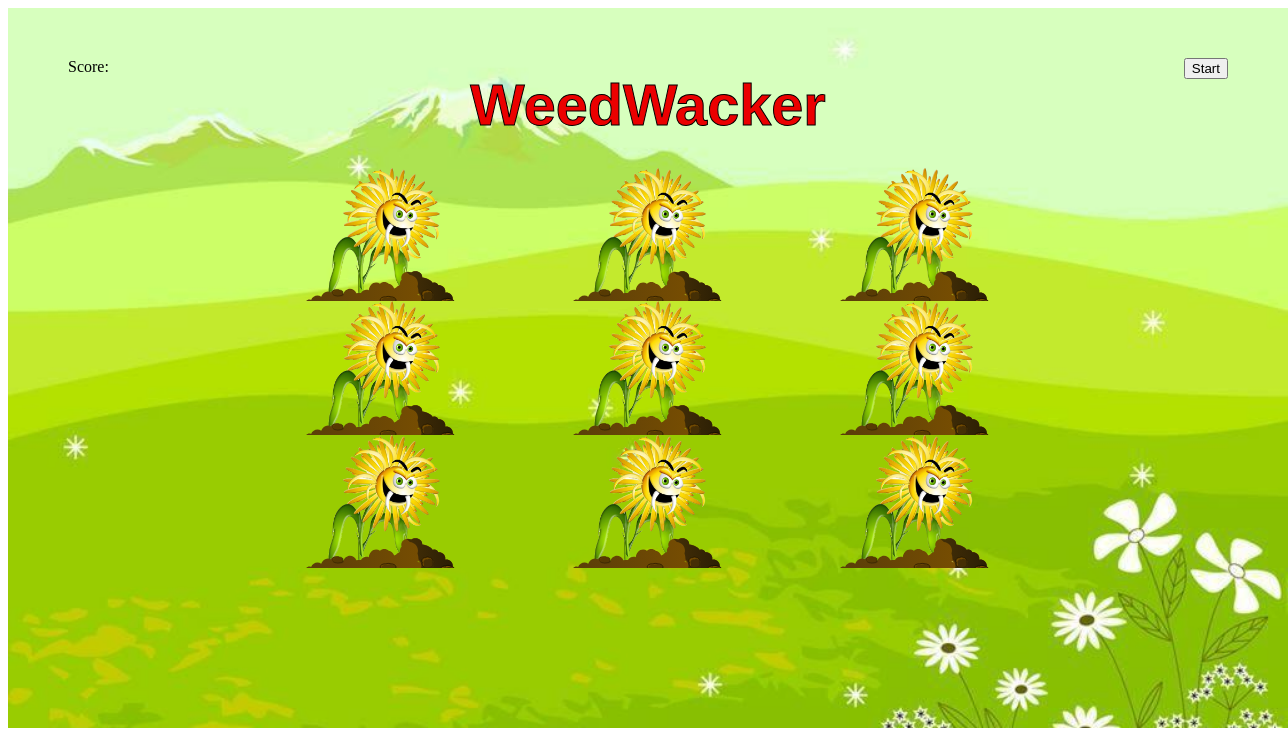
Repository: AustinW24/weedwacker
Page: index.html
These files come from the project's save history. The page is drawn as it stood at one moment and after the next save; the edit follows.
The browser window is 1280 px wide. The page is 1288 px wide, so the pictures cover 1288 px, including what lies to the right of the window. The pictures show the whole page.
Some web fonts or font styles are not loaded; a fallback is used.

Above is the page before, as saved 2022-02-09 10:28:15.

After the next save:
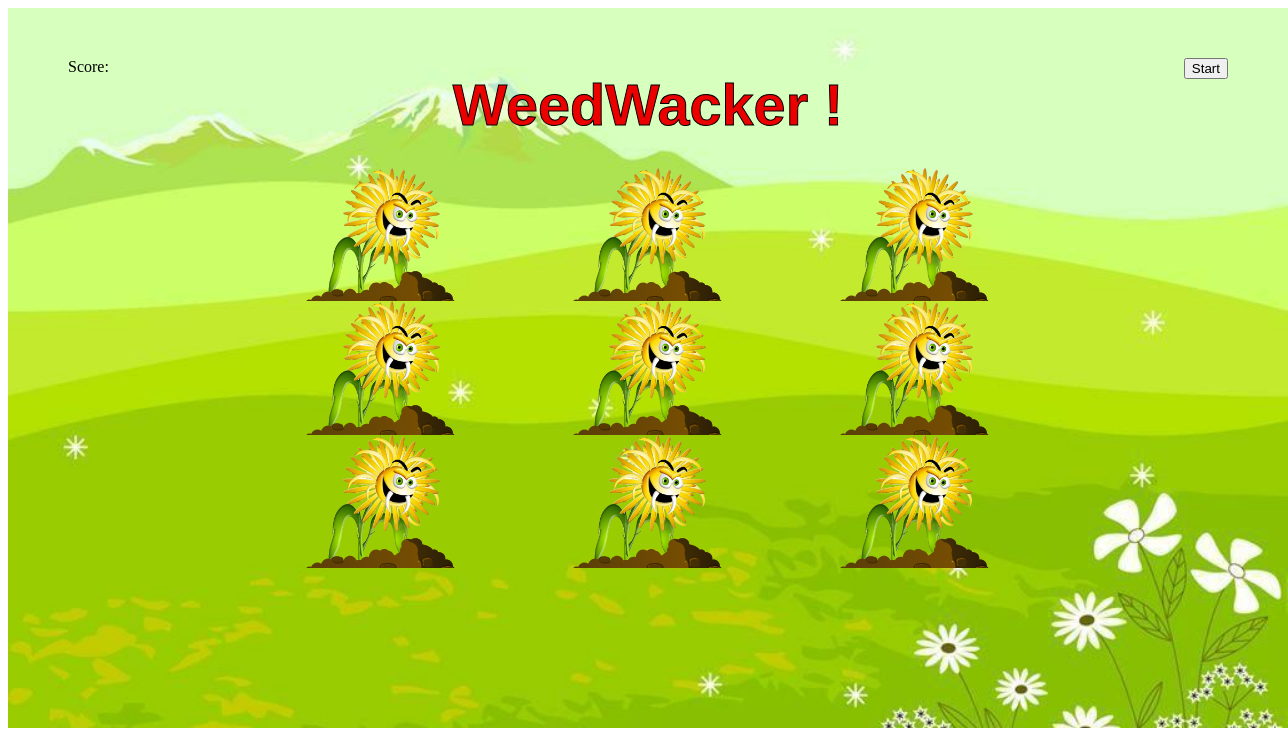
Saved 40 s later.
--- a/index.html
+++ b/index.html
@@ -15,7 +15,7 @@
 
         <div class="score">Score: </div>
         <div class="heading">
-            <h1 class="title">WeedWacker</h1>
+            <h1 class="title">WeedWacker !</h1>
         </div>
         <div class="start">
             <button onClick="startGame()">Start</button>
